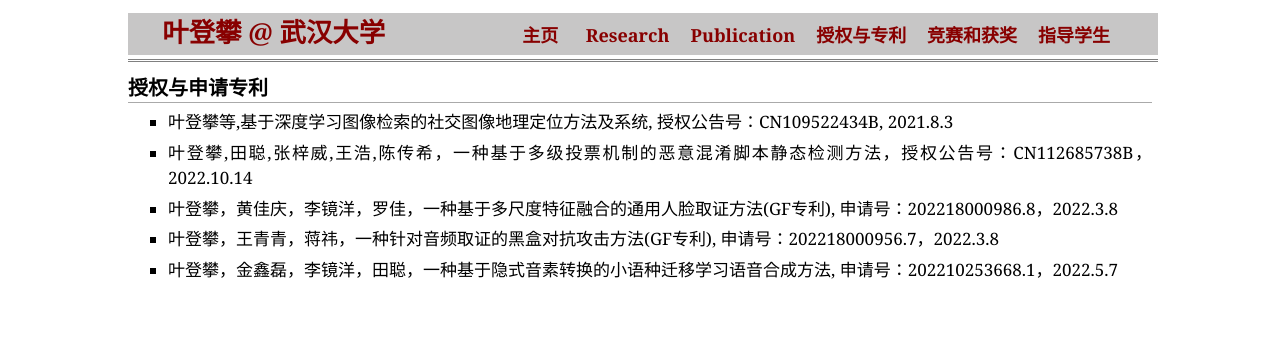
Repository: yedengpan/yedengpan.github.io
Page: patent.html
An editor plug-in stored every save of this project. The page is shown before and after a run of saves, followed by the edit.
The browser window is 1280 px wide. The pictures show the whole page.

Above is the page before, as saved 2024-01-16 18:39:03.
Console error: SyntaxError: Unexpected token '%'

After the next 8 saves:
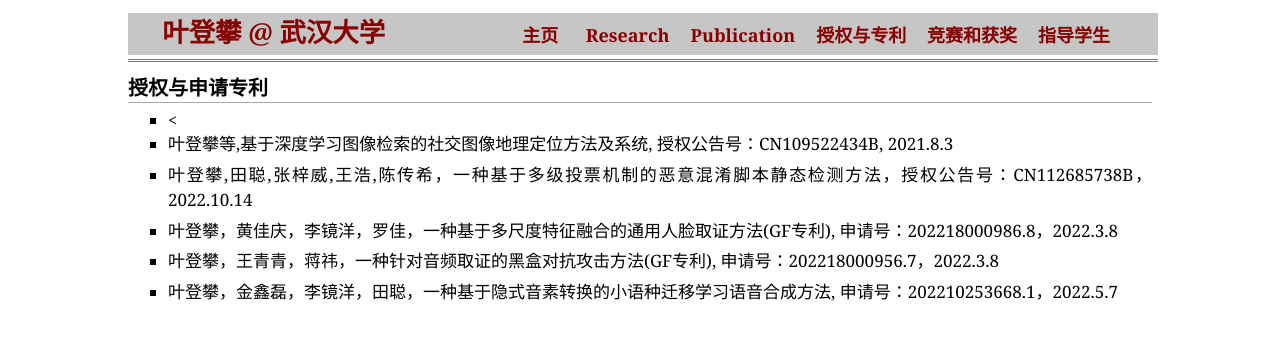
The 8 saves are shown as one change because they came seconds apart.
The last was saved 2 days later.
--- a/patent.html
+++ b/patent.html
@@ -33,6 +33,10 @@
         <h2>授权与申请专利</h2>
         <body>
             <ul>
+                <li>
+                    <
+
+                </li>
                 <li>
                     <p style="text-align:justify;">
                         叶登攀等,基于深度学习图像检索的社交图像地理定位方法及系统, 授权公告号：CN109522434B, 2021.8.3
